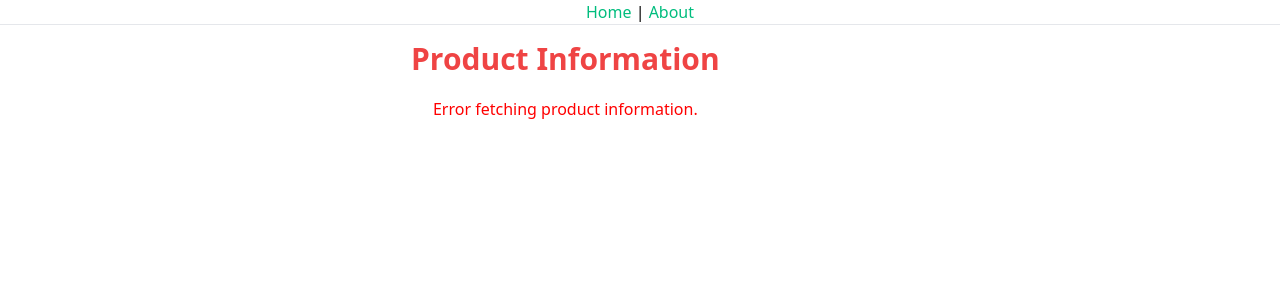
Repository: loktioncode/vectra-shop
Page: /
These files come from the project's save history. The page is drawn as it stood at one moment and after the next save; the edit follows.
The browser window is 1280 px wide. The pictures show the whole page.
The page's requests for data from a server got no answer. The project was rebuilt for these pictures with package versions that can differ from the ones it lists, and the page was loaded fresh each time. No one was signed in, and anything a server would have sent is missing. Also part of the build but not shown: vite.config.ts, src/components/ProductCard.vue.

Above is the page before, as saved 2023-09-20 15:30:14.

After the next save:
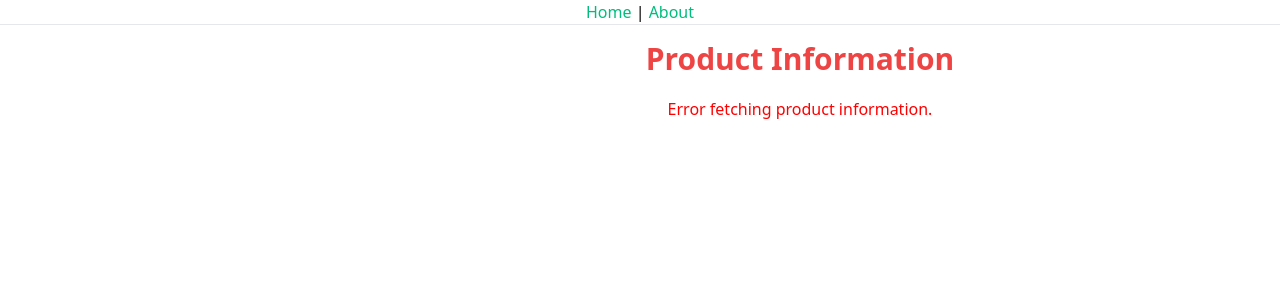
Saved 10 s later.
--- a/src/components/Products.vue
+++ b/src/components/Products.vue
@@ -1,12 +1,12 @@
 <template>
   <div class="flex">
     <!-- Left Sidebar for Filters -->
-    <div class="w-1/7 p-4">
+    <div class="w-1/4 p-4">
       <!-- Your filter components can go here -->
     </div>
 
     <!-- Right Side for Product Information -->
-    <div class="w-5/6 p-4">
+    <div class="w-3/4 p-4">
       <h1 class="text-3xl text-red-500 font-bold mb-5">Product Information</h1>
       <div v-if="productStore.loading">Loading...</div>
       <div v-else>
